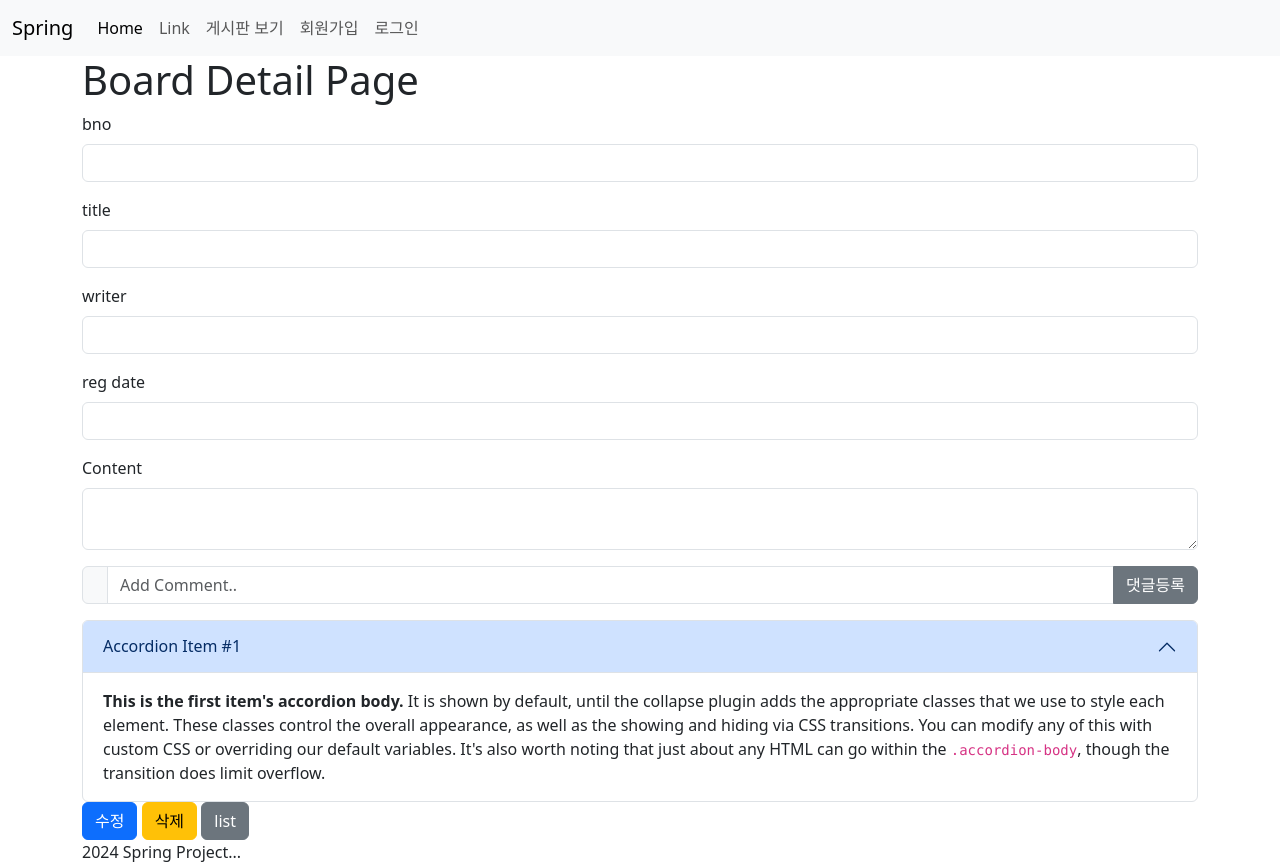
Repository: gajami-kim/240430_Spring_Study
Page: http://localhost/spring_study/WEB-INF/views/board/detail.jsp
An editor plug-in stored every save of this project. The page is shown before and after the next save, followed by the edit.
The browser window is 1280 px wide. The pictures show the whole page.
The page is served by Tomcat 9. Nobody is signed in. The template is opened directly, without the code that normally fills it, so the values that code supplies are empty.

Above is the page before, as saved 2024-04-26 02:45:58.

After the next save:
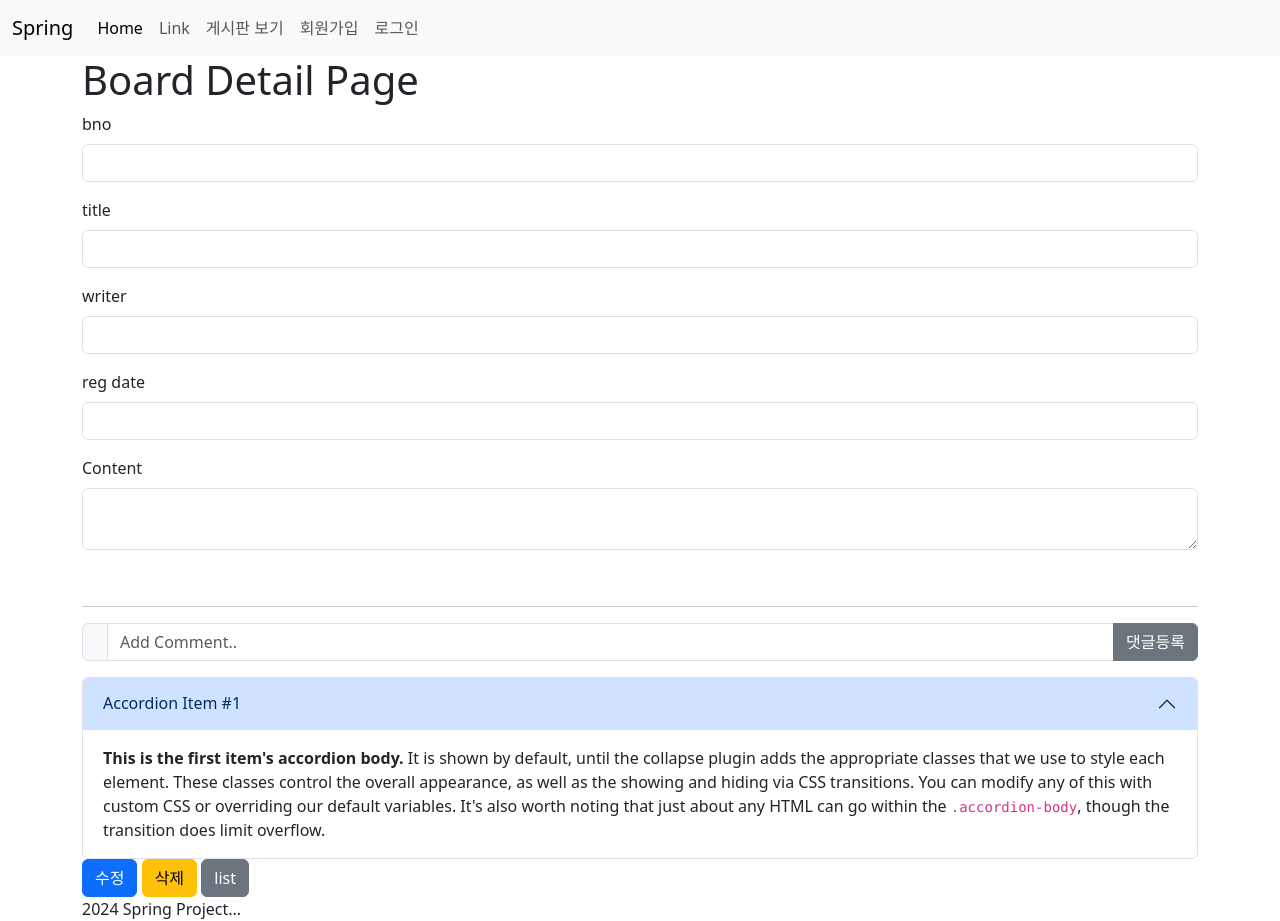
Saved 104 s later.
--- a/spring_study/src/main/webapp/WEB-INF/views/board/detail.jsp
+++ b/spring_study/src/main/webapp/WEB-INF/views/board/detail.jsp
@@ -26,6 +26,8 @@
 	  <textarea class="form-control" name="content" id="c" aria-label="With textarea" readonly="readonly">${bvo.content }</textarea>
 	</div>
 
+	<br>
+	<hr>
 	<!-- Comment Line -->
 	<!-- 댓글 등록 라인 -->
 	<div class="input-group mb-3">
